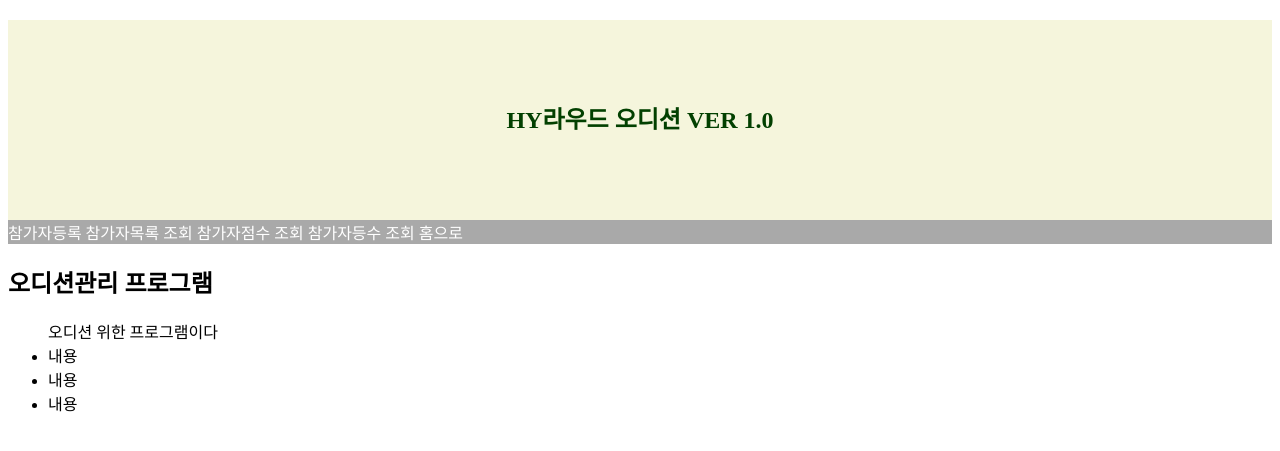
Repository: mvcfvsgdj/javaee
Page: http://localhost/prj0828/HY라우드.jsp
An editor plug-in stored every save of this project. The page is shown before and after the next save, followed by the edit.
The browser window is 1280 px wide. The pictures show the whole page.
The page is served by Tomcat 9.

Above is the page before, as saved 2023-08-28 08:22:09.

After the next save:
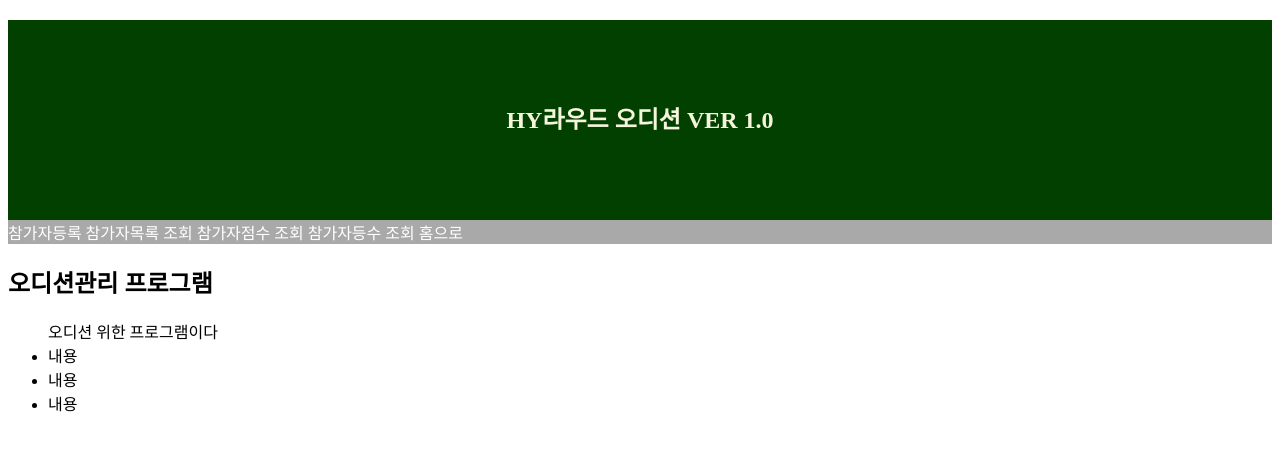
Saved 45 s later.
--- a/prj0828/src/main/webapp/css/HY라우드.css
+++ b/prj0828/src/main/webapp/css/HY라우드.css
@@ -1,12 +1,12 @@
 @charset "UTF-8";
 
 header{
-	background-color: beige;
+	background-color:rgb(2, 64, 0);
 	height: 200px;
 	margin: 0 auto;
 	line-height: 200px;
 	text-align: center;
-	color:rgb(2, 64, 0);
+	color: beige;
 }
 nav{
 	background-color: darkgray;
